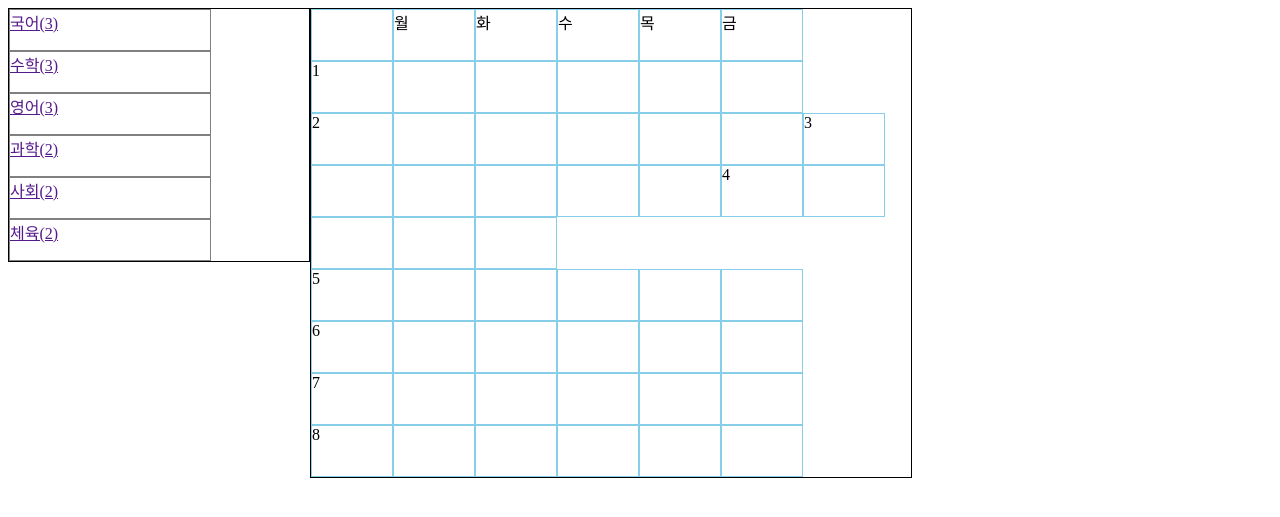
Repository: sh91c/jsp
Page: http://localhost/200701_SCORES/dragndrop/dragndrap_time.jsp
An editor plug-in stored every save of this project. The page is shown before and after the next save, followed by the edit.
The browser window is 1280 px wide. The pictures show the whole page.
Some web libraries are served in a nearby version. The page is served by Tomcat 9.

Above is the page before, as saved 2020-07-10 06:30:32.

After the next save:
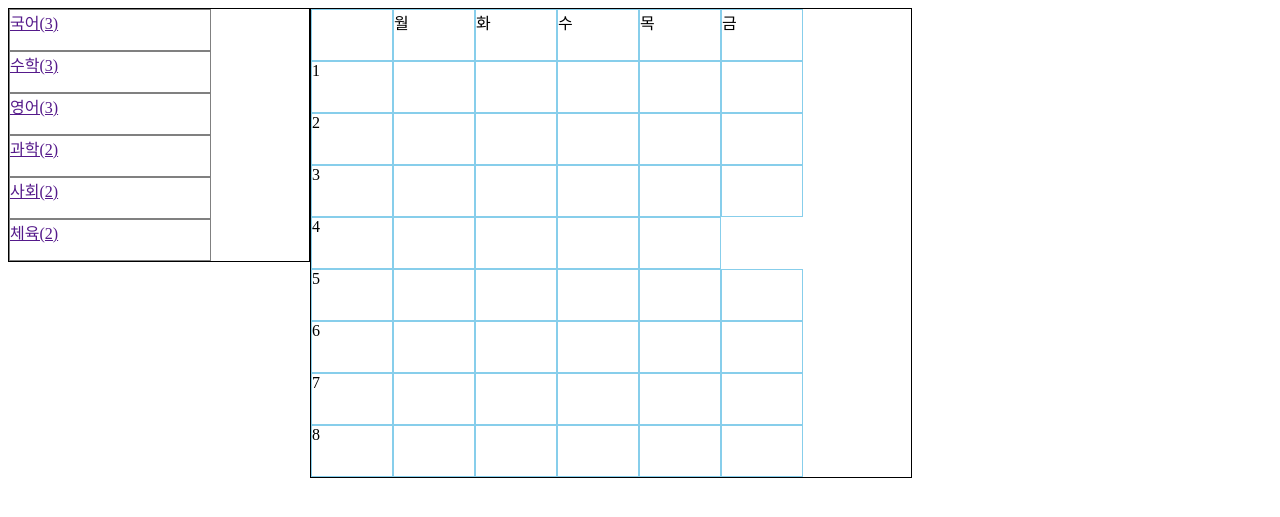
Saved 29 s later.
--- a/200701_SCORES/WebContent/dragndrop/dragndrap_time.jsp
+++ b/200701_SCORES/WebContent/dragndrop/dragndrap_time.jsp
@@ -51,7 +51,7 @@
 				<div class="col"></div>
 				<div class="col"></div>
 			</div>
-			<div>
+			<div class="row" >
 				<div class="col">3</div>
 				<div class="col"></div>
 				<div class="col"></div>
@@ -59,7 +59,7 @@
 				<div class="col"></div>
 				<div class="col"></div>
 			</div>
-			<div>
+			<div class="row">
 				<div class="col">4</div>
 				<div class="col"></div>
 				<div class="col"></div>
